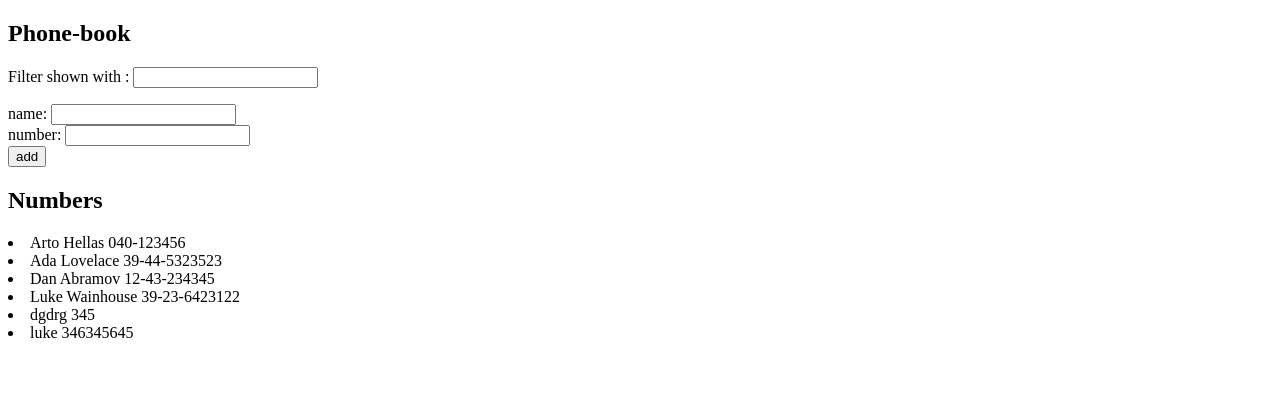
Repository: Wainhouse/Full_Stack_Open_2022
Page: / (app in part2/phonebook/)
The author's editor kept a copy of each file at every save. The page is drawn from the files as they stood at one save, then again after the next save.
The browser window is 1280 px wide. The pictures show the whole page.
The project was rebuilt for these pictures with package versions that can differ from the ones it lists, and the page was loaded fresh each time. Requests to the local data server were answered from the project's data file.

Above is the page before, as saved 2022-12-06 11:40:21.

After the next save:
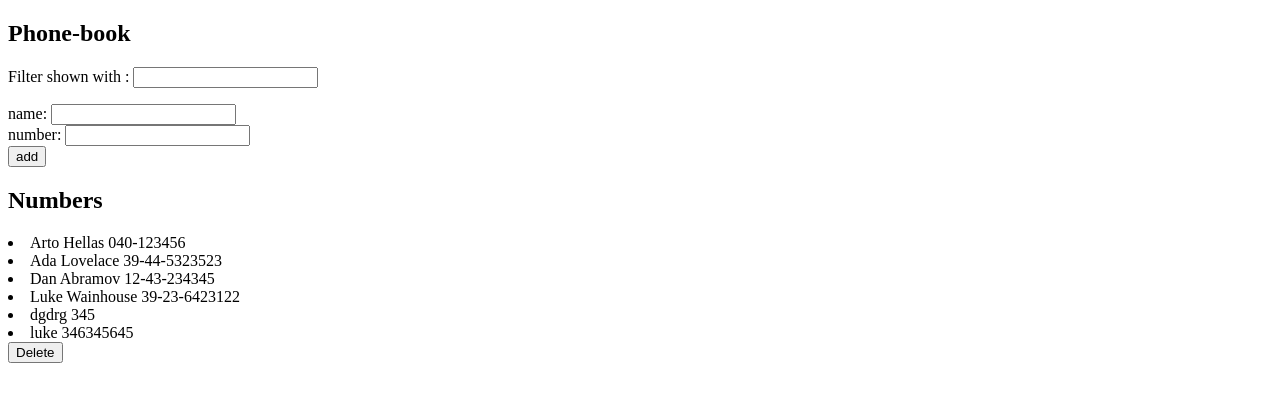
Saved 97 s later.
--- a/part2/phonebook/src/App.js
+++ b/part2/phonebook/src/App.js
@@ -90,10 +90,10 @@ const App = () => {
       handleNumberChange = {handleNumberChange}
       />
       <h2>Numbers</h2>
-      {personsSearch.map((person) => (
-        <Persons key={person.name} person={person} number={newNumber}/>
-
-      ))}
+      <div> {personsSearch.map((person) => (
+        <Persons key={person.name} person={person} number={newNumber}/>))
+        }
+        <button onClick={(person) => deletePerson(person.id, person.name)} type="delete">Delete</button></div>
     </>
   );
 };
